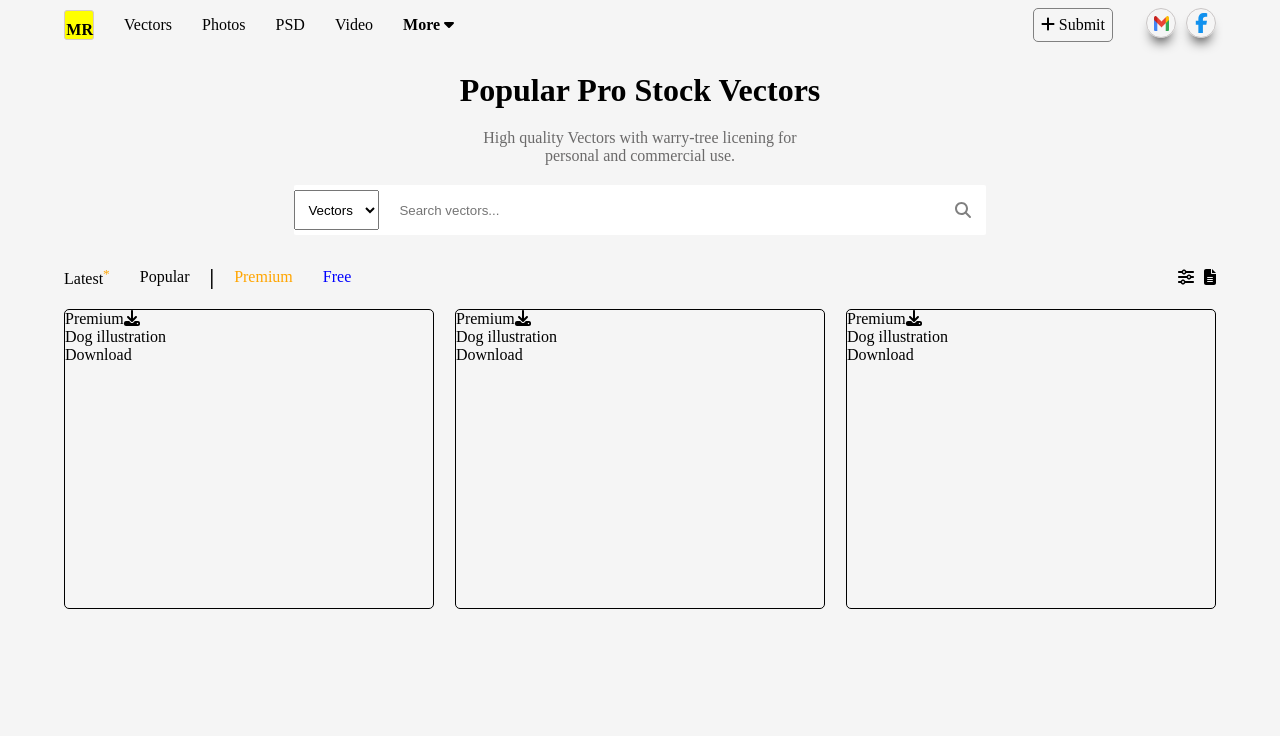
Repository: kegbaDev/VectorTemplate
Page: /
The author's editor kept a copy of each file at every save. The page is drawn from the files as they stood at one save, then again after the next save.
The browser window is 1280 px wide. The pictures show the whole page.
The project was rebuilt for these pictures with package versions that can differ from the ones it lists, and the page was loaded fresh each time. Also part of the build but not shown: vite.config.js.

Above is the page before, as saved 2023-04-11 23:49:06.

After the next save:
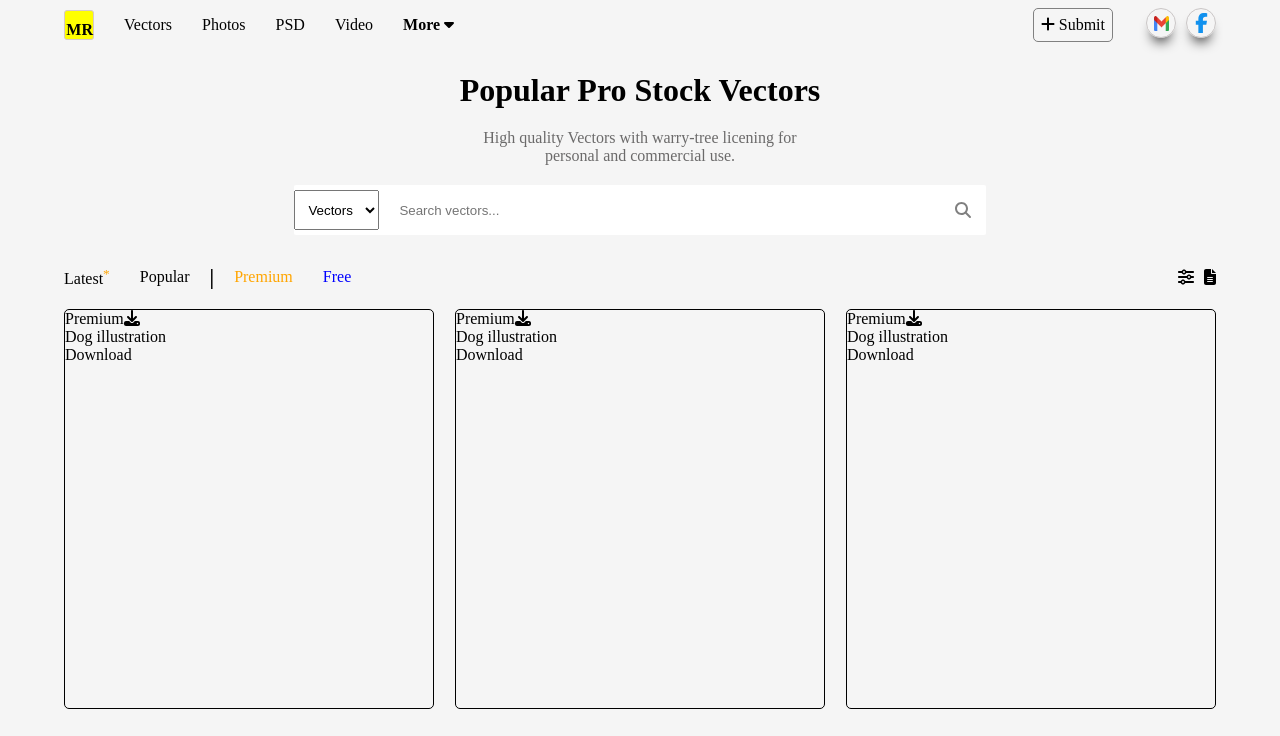
Saved 41 s later.
--- a/src/App.vue
+++ b/src/App.vue
@@ -245,7 +245,7 @@ select{
 }
 .main_card{
   min-width: 370px;
-  min-height: 300px;
+  min-height: 400px;
   border: 1px solid black;
   border-radius: 5px;
 }
